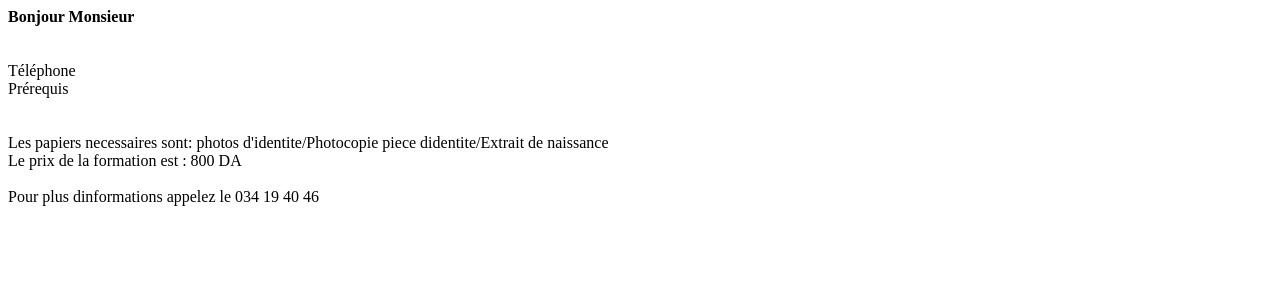
Repository: imouahrani/Gestion-des-stagiaires_JAVAEE
Page: http://localhost/LoginProjet/WEB-INF/Accueil.jsp
These files come from the project's save history. The page is drawn as it stood at one moment and after the next save; the edit follows.
The browser window is 1280 px wide. The pictures show the whole page.
The page is served by Tomcat 9. Nobody is signed in. Other server files are loaded and not shown. The template is opened directly, without the code that normally fills it, so the values that code supplies are empty.

Above is the page before, as saved 2018-08-02 09:42:45.

### Formation Java Entreprise Edition/LoginProjet/WebContent/WEB-INF/Accueil.jsp
<%@page import="dz.LoginProjet.bean.Inscription"%>
<%@ page language="java" contentType="text/html; charset=UTF-8"
    pageEncoding="UTF-8"%>
<!DOCTYPE html PUBLIC "-//W3C//DTD HTML 4.01 Transitional//EN" "http://www.w3.org/TR/html4/loose.dtd">
<html>
<head>
<meta http-equiv="Content-Type" content="text/html; charset=UTF-8">
<title>Insert title here</title>
</head>
<body>
<% Inscription s = (Inscription)request.getAttribute("ids");

%>
<b style="text-align: center;">
<%="Bonjour Monsieur "%>
${ids.nom}

<%=" " %>
${ids.prenom}

<%="<br>" %>

<%

String message = (String)request.getAttribute("m");
if(message != null)
	out.print(message);

%>
</b>

<%="<br>" %>
<%="<br>" %>
<%="Téléphone " %>
${ids.tel}
<%="<br>" %>

<%="Prérequis " %>
${ids.question}

<%="<br>" %>
<%="<br>" %>
<%="<br>" %>
<%="Les papiers necessaires sont: photos d'identite/Photocopie piece didentite/Extrait de naissance" %>
<%="<br>" %>
<%="Le prix de la formation est : 800 DA" %>
<%="<br>" %><%="<br>" %>
<%="Pour plus dinformations appelez le 034 19 40 46" %>




</body>
</html>

After the next save:
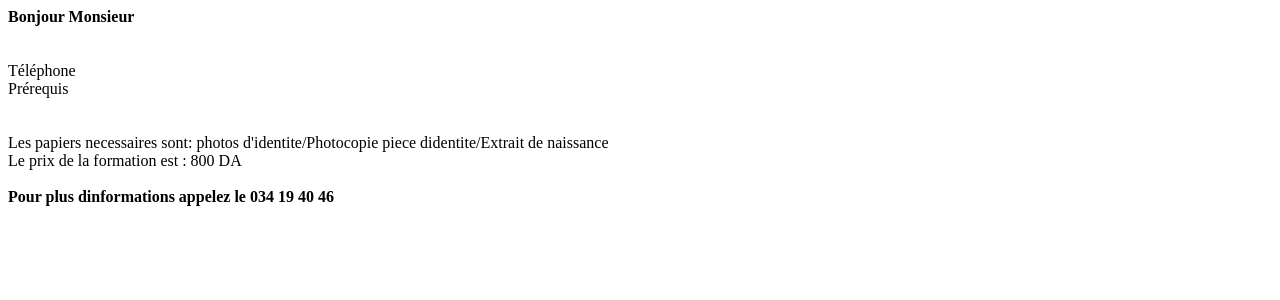
Saved 84 s later.
--- a/Formation Java Entreprise Edition/LoginProjet/WebContent/WEB-INF/Accueil.jsp
+++ b/Formation Java Entreprise Edition/LoginProjet/WebContent/WEB-INF/Accueil.jsp
@@ -45,8 +45,9 @@ ${ids.question}
 <%="<br>" %>
 <%="Le prix de la formation est : 800 DA" %>
 <%="<br>" %><%="<br>" %>
+<b style="font-weight: bold; ">
 <%="Pour plus dinformations appelez le 034 19 40 46" %>
-
+</b>
 
 
 
